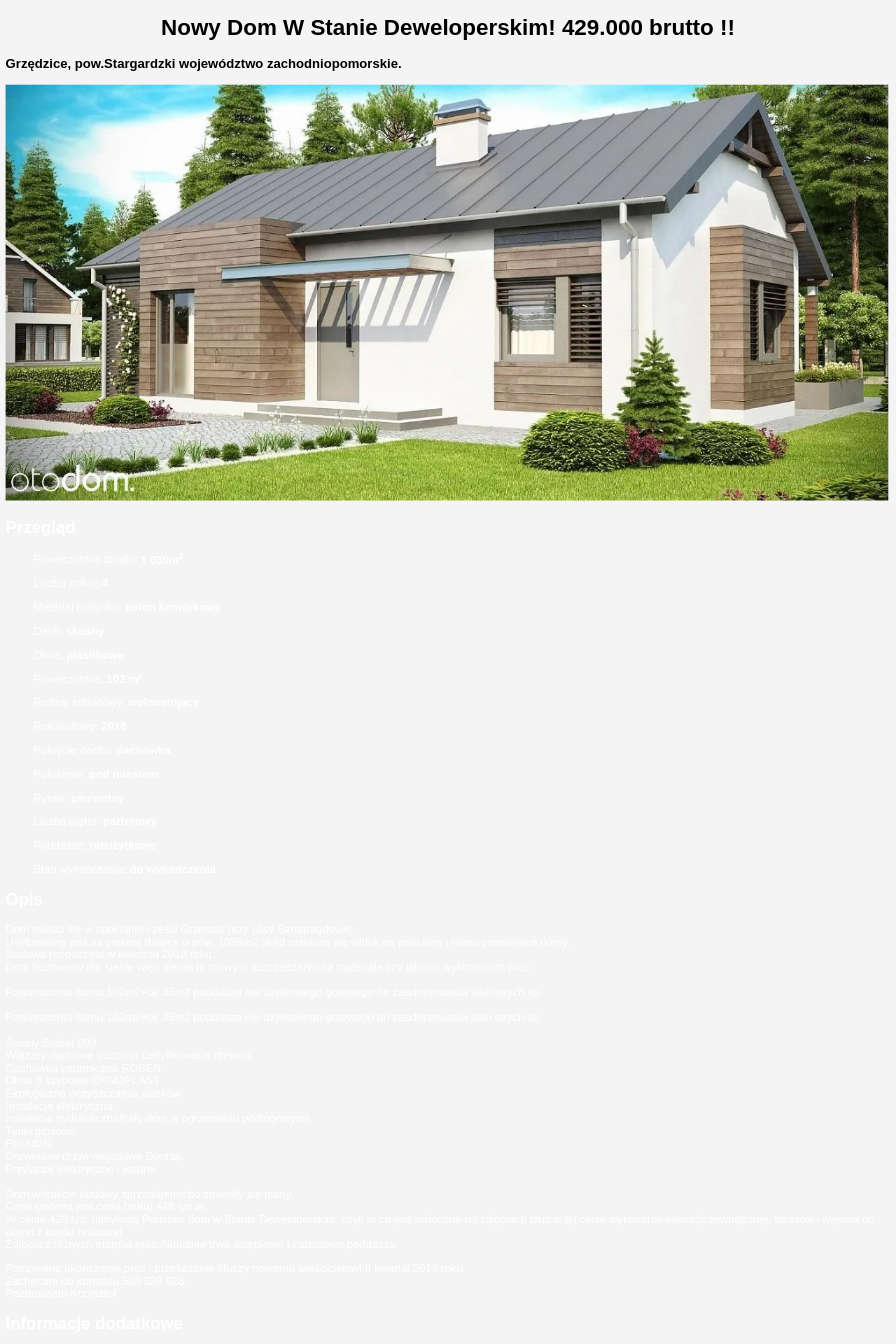
Repository: Slawek88/HomePage
Page: index.html
An editor plug-in stored every save of this project. The page is shown before and after a run of saves, followed by the edit.
The browser window is 1280 px wide. The pictures show the part of the page from y = 0 to 1920 px (the page is 2690 px tall), at 70% of full size.

Above is the page before, as saved 2019-02-28 13:56:22.

### index.html
<!DOCTYPE html>
<html lang="en">
  <head>
    <meta charset="UTF-8" />
    <meta name="viewport" content="width=device-width, initial-scale=1.0" />
    <meta http-equiv="X-UA-Compatible" content="ie=edge" />
    <title>Dom w stanie Developerskim</title>
    <!-- <link rel="stylesheet" href="css/normalize.css"> -->
    <link rel="stylesheet" href="css/style.css" />
    <!-- <link
      href="https://fonts.googleapis.com/css?family=Roboto:400,900&amp;subset=latin-ext"
      rel="stylesheet"
    /> -->
  </head>

  <body>
    <h1>Nowy Dom W Stanie Deweloperskim! 429.000 brutto !!</h1>
    <h3>Grzędzice, pow.Stargardzki województwo zachodniopomorskie.</h3>
    <div class="container">
      <div class="grid">
        <div class="grid-item grid-img"><img src="img/1-Z96.jpg" alt="" /></div>
        <div class="grid-item grid-overview">
          <h2>Przegląd</h2>
          <ul class="li">
            Powierzchnia działki:
            <strong>1 039m<sup>2</sup></strong>
          </ul>
          <ul class="li">
            Liczba pokoi:
            <strong> 4</strong>
          </ul>
          <ul class="li">
            Materiał budynku:
            <strong>beton komórkowy</strong>
          </ul>
          <ul class="li">
            Dach:
            <strong>skośny</strong>
          </ul>
          <ul class="li">
            Okna:
            <strong>plastikowe</strong>
          </ul>
          <ul class="li">
            Powierzchnia:
            <strong>102 m²</strong>
          </ul>
          <ul class="li">
            Rodzaj zabudowy:
            <strong>wolnostojący</strong>
          </ul>
          <ul class="li">
            Rok budowy:
            <strong>2018</strong>
          </ul>
          <ul class="li">
            Pokrycie dachu:
            <strong>dachówka</strong>
          </ul>
          <ul class="li">
            Położenie:
            <strong>pod miastem</strong>
          </ul>
          <ul class="li">
            Rynek:
            <strong>pierwotny</strong>
          </ul>
          <ul class="li">
            Liczba pięter:
            <strong>parterowy</strong>
          </ul>
          <ul class="li">
            Poddasze:
            <strong>nieużytkowe</strong>
          </ul>
          <ul class="li">
            Stan wykończenia:
            <strong>do wykończenia</strong>
          </ul>
        </div>
        <div class="grid-item grid-destriction">
          <h2>Opis</h2>
          <p>
            Dom mieści się w spokojnej części Grzędzic przy ulicy Szmaragdowej.
            <br />
            Usytuowany jest na pięknej działce o pow. 1039m2 skąd roztacza się
            widok na pola,lasy i nowo powstające domy.
            <br />
            Budowa rozpoczęta w kwietniu 2018 roku.
            <br />
            Dom budowany dla siebie więc niema tu mowy o oszczędzaniu na
            materiale czy jakości wykonanych prac.
            <br />
            <br />
            Powierzchnia domu 102m2+ok 35m2 poddasza nie użytkowego gotowego do
            zaadoptowania jako strych itp.
            <br />
            <br />
            Powierzchnia domu 102m2+ok 35m2 poddasza nie użytkowego gotowego do
            zaadoptowania jako strych itp.
            <br />
            <br />
            Ściany Solbet 600
            <br />
            Wiązary dachowe suszone certyfikowane drewno.
            <br />
            Dachówka ceramiczna ROBEN.
            <br />
            Okna 3 szybowe OKNOPLAST.
            <br />
            Ekologiczna oczyszczalnia ścieków.
            <br />
            Instalacja elektryczna.
            <br />
            Instalacja hydrauliczna(cały dom w ogrzewaniu podłogowym).
            <br />
            Tynki gipsowe.
            <br />
            Posadzki.
            <br />
            Drewniane drzwi wejściowe Doorsy.
            <br />
            Przyłącze elektryczne i wodne.
            <br />
            <br />
            Dom w trakcie budowy sprzedajemy bo zmieniły się plany.
            <br />
            Cena podana jest ceną brutto 429 tys zł.
            <br />
            W cenie 429 tys. nabywają Państwo dom w Stanie Deweloperskim, czyli
            to co jest widoczne na zdjęciach plus w tej cenie wykonanie elewacji
            zewnętrznej, tarasów i wejścia do domu z kostki brukowej.
            <br />
            Zdjęcia z różnych etapów prac.Aktualnie trwa ocieplenie i zabudowa
            poddasza.
          </p>
          <p>
            Planowane ukończenie prac i przekazanie kluczy nowemu właścicielowi
            II kwartał 2019 roku.
            <br />
            Zachęcam do kontaktu 503 526 823 .
            <br />
            Pozdrawiam Krzysztof.
          </p>
        </div>
        <div class="grid-item grit-info">
          <h2>Informacje dodatkowe</h2>
          <ul>
            <li>Dom parterow</li>
            <li>Węglowe</li>
            <li>Gazowe</li>
            <li>Woda</li>
            <li>Utwardzony</li>
            <li>Dzrwi / okna antywłamaniowe</li>
            <li>Elektryczne</li>
            <li>pompa ciepła</li>
            <li>Oczyszczalnia</li>
            <li>Las</li>
            <li>Siatka</li>
            <li>Kominkowe</li>
            <li>Prąd</li>
            <li>Polny</li>
            <li>Strych</li>
          </ul>
        </div>
        <div class="grid-item grid-map">MAPA
            <iframe src="https://www.google.com/maps/embed?pb=!1m18!1m12!1m3!1d4945.175335422164!2d14.965275267389845!3d53.36820567248872!2m3!1f0!2f0!3f0!3m2!1i1024!2i768!4f13.1!3m3!1m2!1s0x4700bbbc40e126e3%3A0x9ca5dc2774215981!2s73-110+Grz%C4%99dzice!5e1!3m2!1spl!2spl!4v1551357754854" width="600" height="450" frameborder="0" style="border:0" allowfullscreen></iframe>

        </div>
        <div class="grid-item grid-footer">STOPKA
          bla bla
        </div>
      </div>
    </div>
  </body>
</html>

### css/style.css
body {
    background: #f4f4f4;
    font-family: sans-serif;
}

h1 {
    text-align: center;
}

.grid-item {
    color: #fff;
}

After the next 5 saves:
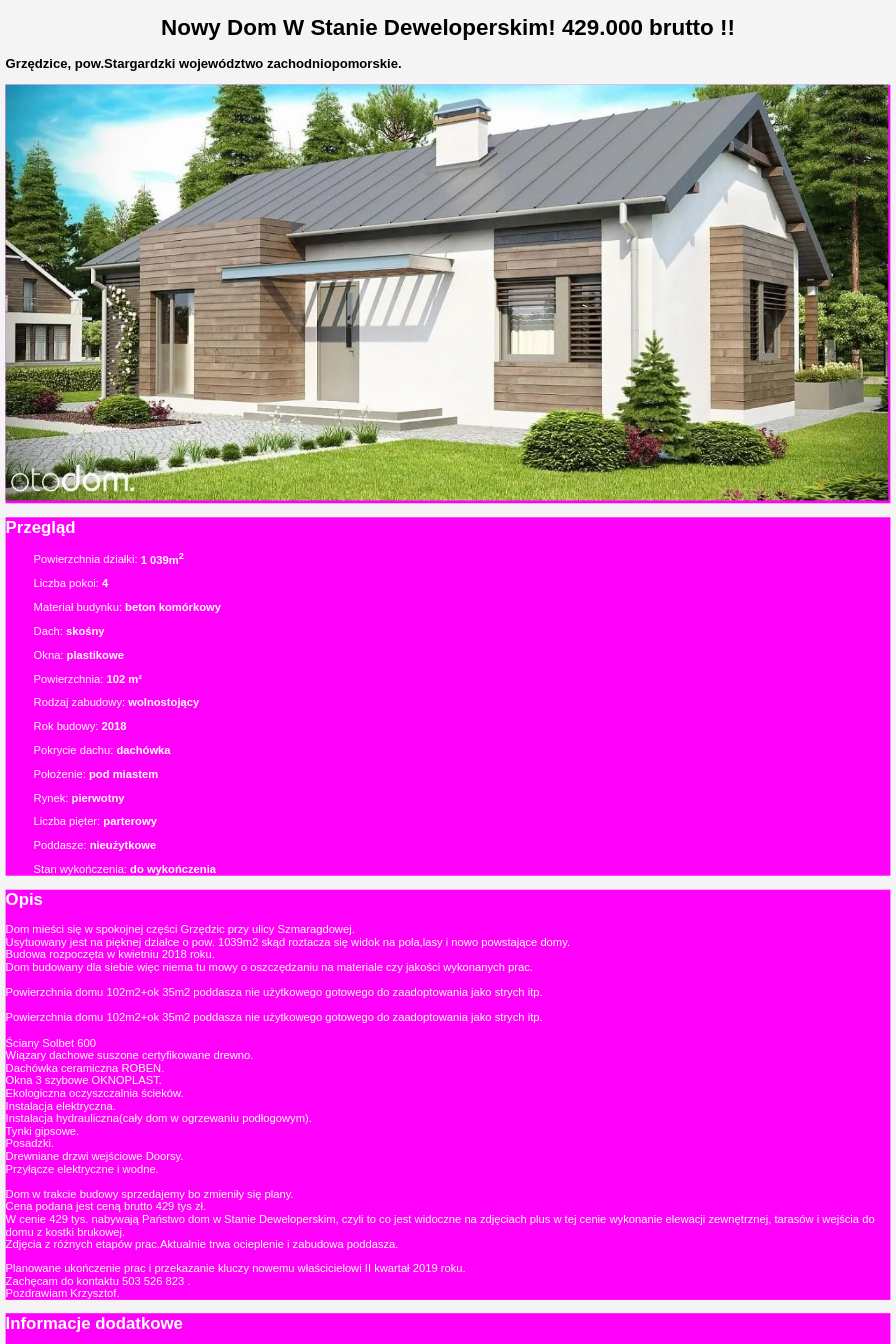
The 5 saves are shown as one change because they came seconds apart.
The last was saved 31 s later.
--- a/css/style.css
+++ b/css/style.css
@@ -8,5 +8,6 @@
 }
 
 .grid-item {
+    background: #ff00fb;
     color: #fff;
 }
